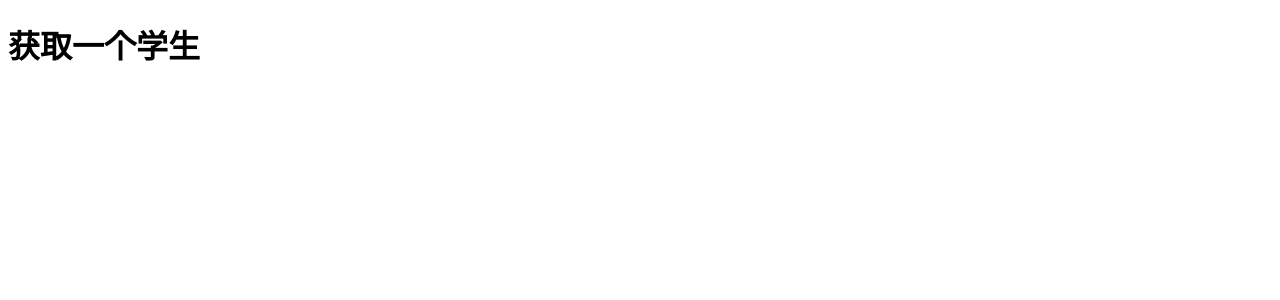
Repository: byuan98/study
Page: http://localhost/day079web/jsp/json_test.jsp
The author's editor kept a copy of each file at every save. The page is drawn from the files as they stood at one save, then again after the next save.
The browser window is 1280 px wide. The pictures show the whole page.
The page is served by Tomcat 9.

Above is the page before, as saved 2021-04-07 14:45:33.

After the next save:
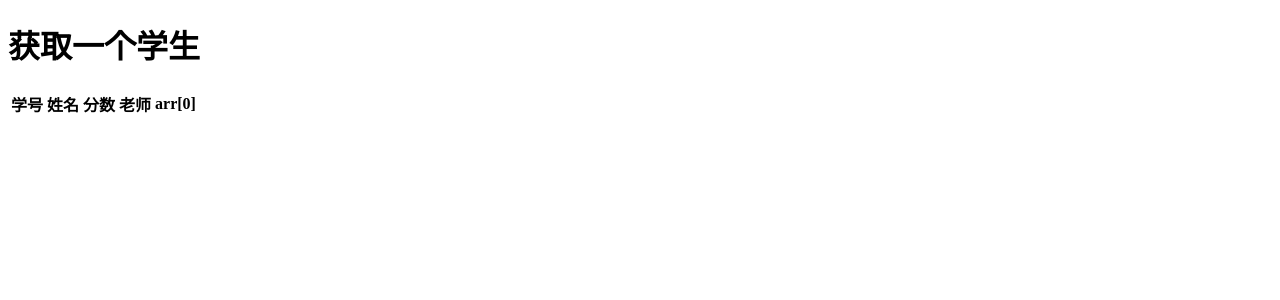
Saved 82 s later.
--- a/day079web/WebContent/jsp/json_test.jsp
+++ b/day079web/WebContent/jsp/json_test.jsp
@@ -10,7 +10,8 @@
     <h1>获取一个学生</h1>
     <table id="tab_1">
         <tr>
-            <th></th><th></th><th></th>
+            <th>学号</th><th>姓名</th><th>分数</th><th>老师</th>
+            <th>arr[0]</th>
         </tr>
     </table>
 </body>
